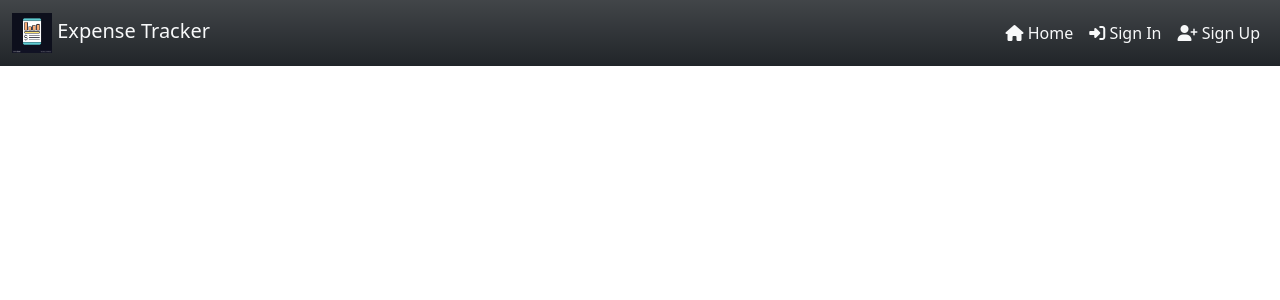
Repository: Gaurav560/OnlineExpenseTracker
Page: http://localhost/Online_Expense_Tracker/
The author's editor kept a copy of each file at every save. The page is drawn from the files as they stood at one save, then again after the next save.
The browser window is 1280 px wide. The pictures show the whole page.
The page is served by Tomcat 9.

Above is the page before, as saved 2023-05-03 20:34:04.

After the next save:
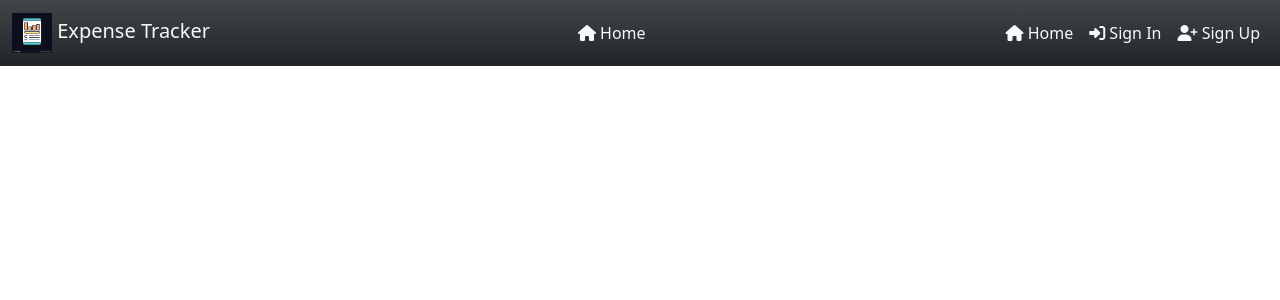
Saved 92 s later.
--- a/Online_Expense_Tracker/src/main/webapp/index.jsp
+++ b/Online_Expense_Tracker/src/main/webapp/index.jsp
@@ -36,6 +36,14 @@
 				<span class="navbar-toggler-icon"></span>
 			</button>
 			<div class="collapse navbar-collapse" id="navbarSupportedContent">
+
+				<ul class="navbar-nav ms-auto mb-2 mb-lg-0">
+					<li class="nav-item"><a class="nav-link active text-light"
+						aria-current="page" href="#"><i class="fa-solid fa-house"></i>  Home</a></li>
+
+				</ul>
+
+
 				<ul class="navbar-nav ms-auto mb-2 mb-lg-0">
 					<li class="nav-item"><a class="nav-link active text-light"
 						aria-current="page" href="#"><i class="fa-solid fa-house"></i>  Home</a></li>
